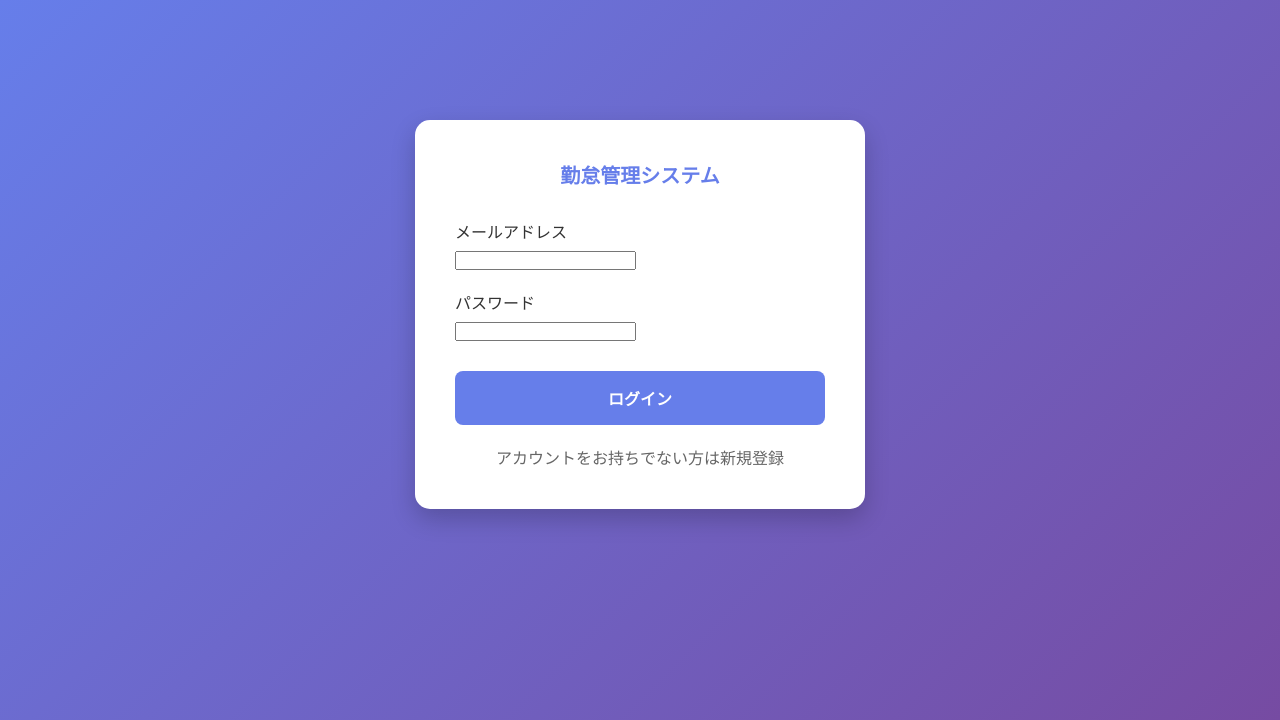
Repository: 04bit/WEB_HCJ
Page: index.html
An editor plug-in stored every save of this project. The page is shown before and after the next save, followed by the edit.
The browser window is 1280 px wide. The pictures show the whole page.

Above is the page before, as saved 2025-11-25 15:31:37.

### index.html
<!DOCTYPE html>
<html lang="ja">
<head>
    <meta charset="UTF-8">
    <meta name="viewport" content="width=device-width, initial-scale=1.0">
    <title>勤怠管理システム</title>
    <link rel="stylesheet" href="style.css">
</head>
<body>
    <div class="auth-container">
        <h1>勤怠管理システム</h1>
        <div class="error-message"></div>
        <form>
            <div class="form-group">
                <label>メールアドレス</label>
                <input type="email" id="loginEmail" required>
            </div>
            <div class="form-group">
                <label>パスワード</label>
                <input type="password" id="loginPassword" required>
            </div>
            <button type="submit" class="btn btn-primary">ログイン</button>
        </form>
        <div class="switch-form">
            アカウントをお持ちでない方は<a>新規登録</a>
        </div>
    </div>
</body>
</html>

### style.css
@charset "UTF-8";

* {
    margin: 0;
    padding: 0;
    box-sizing: border-box;
}

body {
    font-family: 'Segoe UI' sans-serif;
    background: linear-gradient(135deg, #667eea 0%, #764ba2 100%);
    min-height: 100vh;
    padding: 20px;
}

.auth-container {
    max-width: 450px;
    margin: 100px auto;
    background: white;
    padding: 40px;
    border-radius: 15px;
    box-shadow: 0 10px 25px rgba(0,0,0,0.2);
}

.auth-container h1 {
    color: #667eea;
    text-align: center;
    margin-bottom: 30px;
    font-size: 20px;
}

.form-group {
    margin-bottom: 20px;
}

.form-group label {
    display: block;
    margin-bottom: 8px;
    color: #333;
    font-weight: 500;
}

.btn {
    width: 100%;
    padding: 15px;
    border: none;
    border-radius: 8px;
    font-size: 16px;
    font-weight: bold;
    cursor: pointer;
    transition: all 0.3s;
    margin-top: 10px;
}

.btn-primary {
    background: #667eea;
    color: white;
}

.btn-primary:hover {
    background: #5568d3;
    transform: translateY(-2px);
}

.switch-form {
    text-align: center;
    margin-top: 20px;
    color: #666;
}

After the next save:
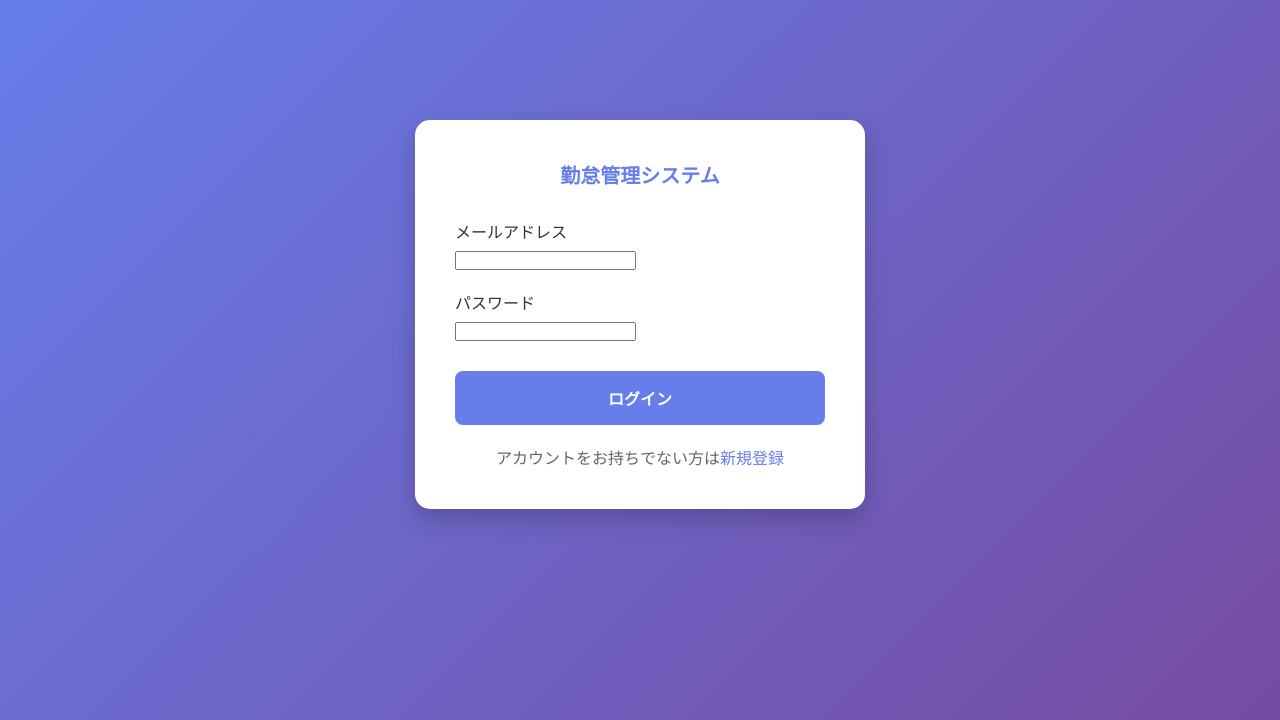
Saved 27 s later.
--- a/style.css
+++ b/style.css
@@ -67,3 +67,9 @@ body {
     margin-top: 20px;
     color: #666;
 }
+
+.switch-form a {
+    color: #667eea;
+    cursor: pointer;
+    text-decoration: none;
+}
